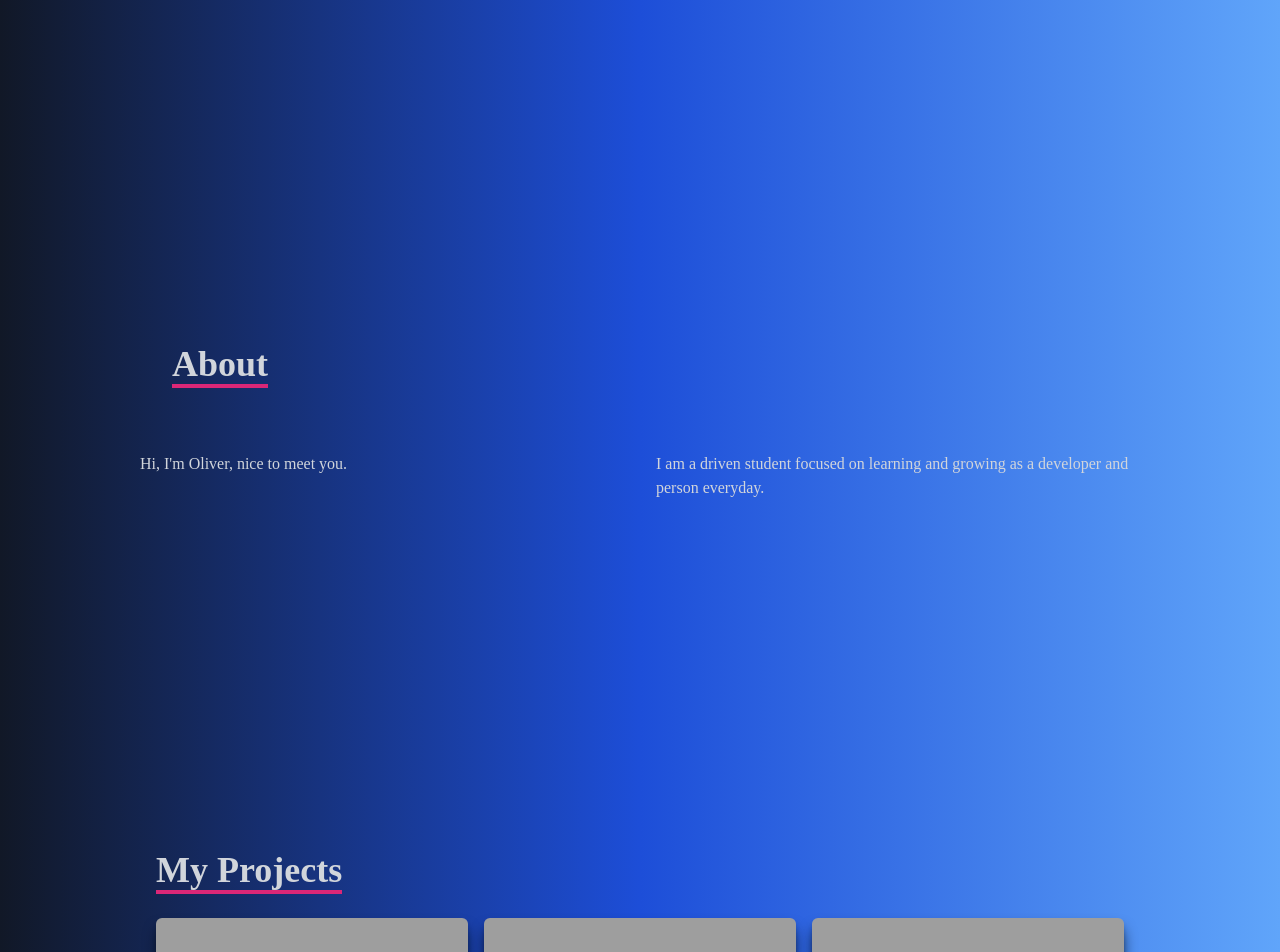
Repository: olichengus/Project-Portfolio
Page: /
The author's editor kept a copy of each file at every save. The page is drawn from the files as they stood at one save, then again after a run of saves.
The browser window is 1280 px wide. The pictures show the part of the page from y = 658 to 1610 px (the page is 2160 px tall).
Pictures or frames that could not be fetched are drawn as grey boxes. The project was rebuilt for these pictures with package versions that can differ from the ones it lists, and the page was loaded fresh each time.

Above is the page before, as saved 2024-02-10 00:32:15.

After the next 3 saves:
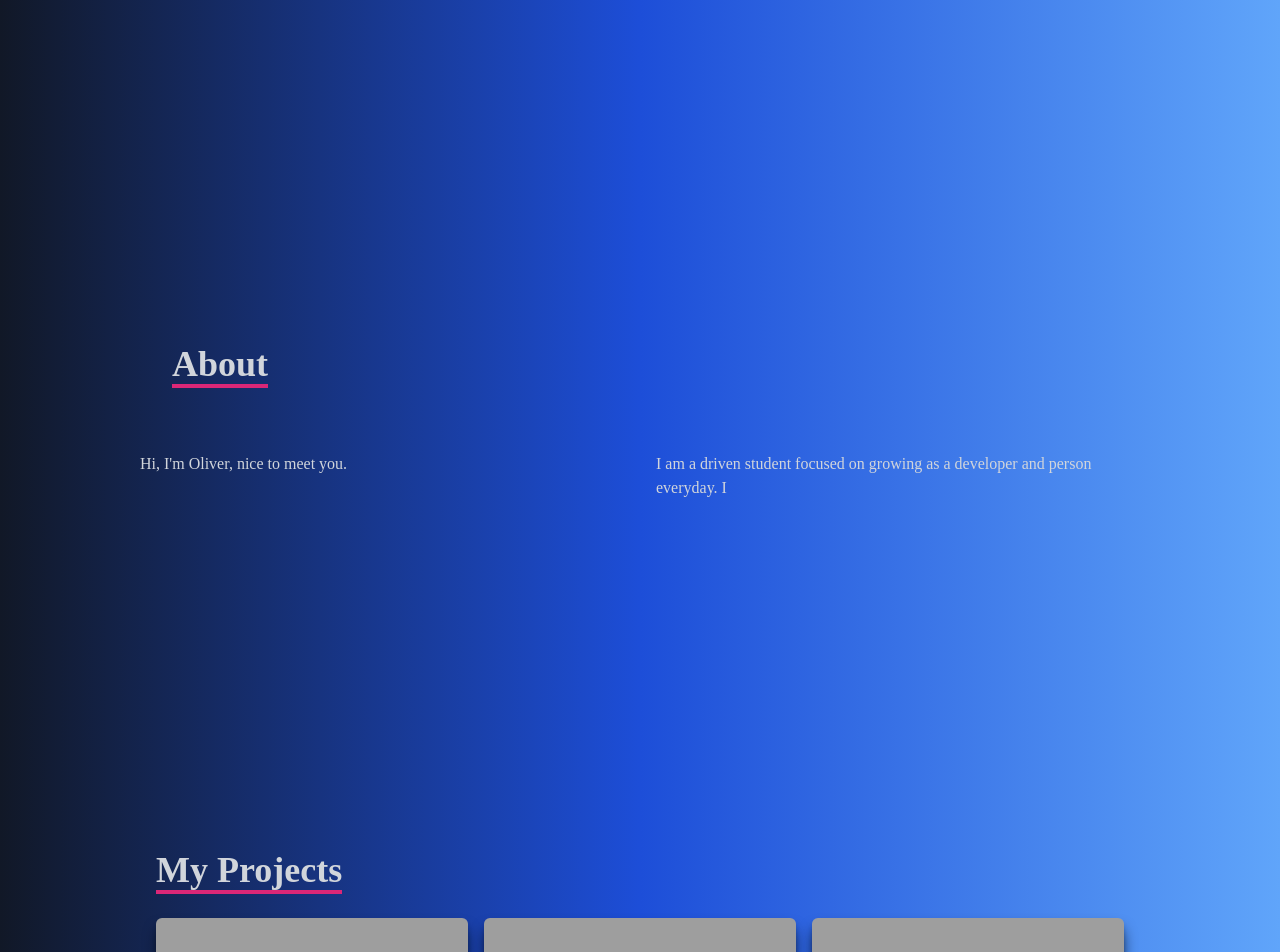
The 3 saves are shown as one change because they came seconds apart.
The last was saved 13 s later.
--- a/src/components/About.jsx
+++ b/src/components/About.jsx
@@ -15,7 +15,7 @@ const About = () => {
                         <p>Hi, I'm Oliver, nice to meet you.</p>
                     </div>
                     <div>
-                        I am a driven student focused on learning and growing as a developer and person everyday.
+                        I am a driven student focused on growing as a developer and person everyday. I
                     </div>
                 </div>
             </div>
